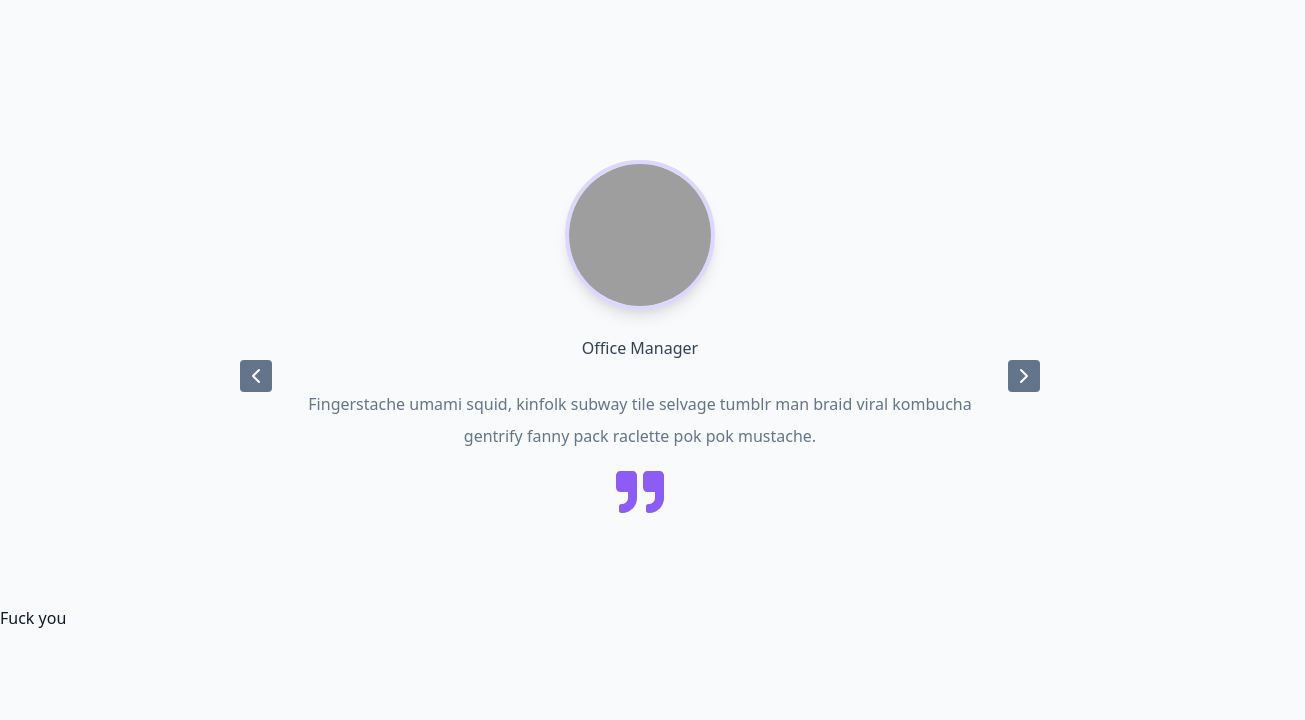
Repository: Maryie-B/React-Practice-Projects
Page: / (app in Slider/)
These files come from the project's save history. The page is drawn as it stood at one moment and after a run of saves; the edit follows.
The browser window is 1280 px wide. The page is 1280 px wide, then 1305 px, so the pictures cover 1305 px, including what lies to the right of the window. The pictures show the whole page.
Pictures or frames that could not be fetched are drawn as grey boxes. The project was rebuilt for these pictures with package versions that can differ from the ones it lists, and the page was loaded fresh each time. Also part of the build but not shown: Slider/vite.config.js.

Above is the page before, as saved 2023-06-08 13:15:01.

After the next 2 saves:
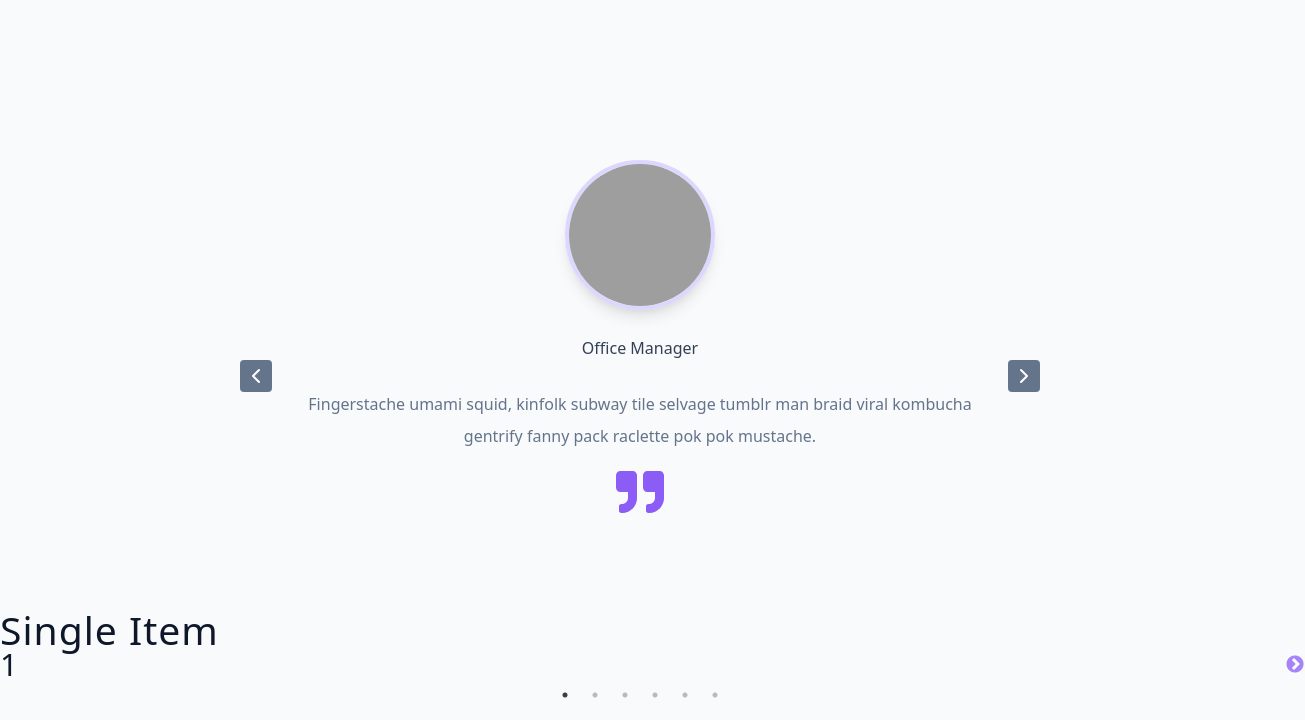
The 2 saves are shown as one change because 1 did not build or start.
The last was saved 2 min 5 s later.
--- a/Slider/src/SlickCarousel.jsx
+++ b/Slider/src/SlickCarousel.jsx
@@ -7,11 +7,38 @@ import {shortList, list, longList} from './data';
 import { FaQuoteRight } from 'react-icons/fa';
 
 const SlickCarousel = () => {
+    const settings = {
+        dots: true,
+        infinite: true,
+        speed: 500,
+        slidesToShow: 1,
+        slidesToScroll: 1
+      };
   return (
     <div>
-      Fuck you
-    </div>
-  )
+        <h2> Single Item</h2>
+        <Slider {...settings}>
+          <div>
+            <h3>1</h3>
+          </div>
+          <div>
+            <h3>2</h3>
+          </div>
+          <div>
+            <h3>3</h3>
+          </div>
+          <div>
+            <h3>4</h3>
+          </div>
+          <div>
+            <h3>5</h3>
+          </div>
+          <div>
+            <h3>6</h3>
+          </div>
+        </Slider>
+      </div>
+    );
 }
 
 export default SlickCarousel
